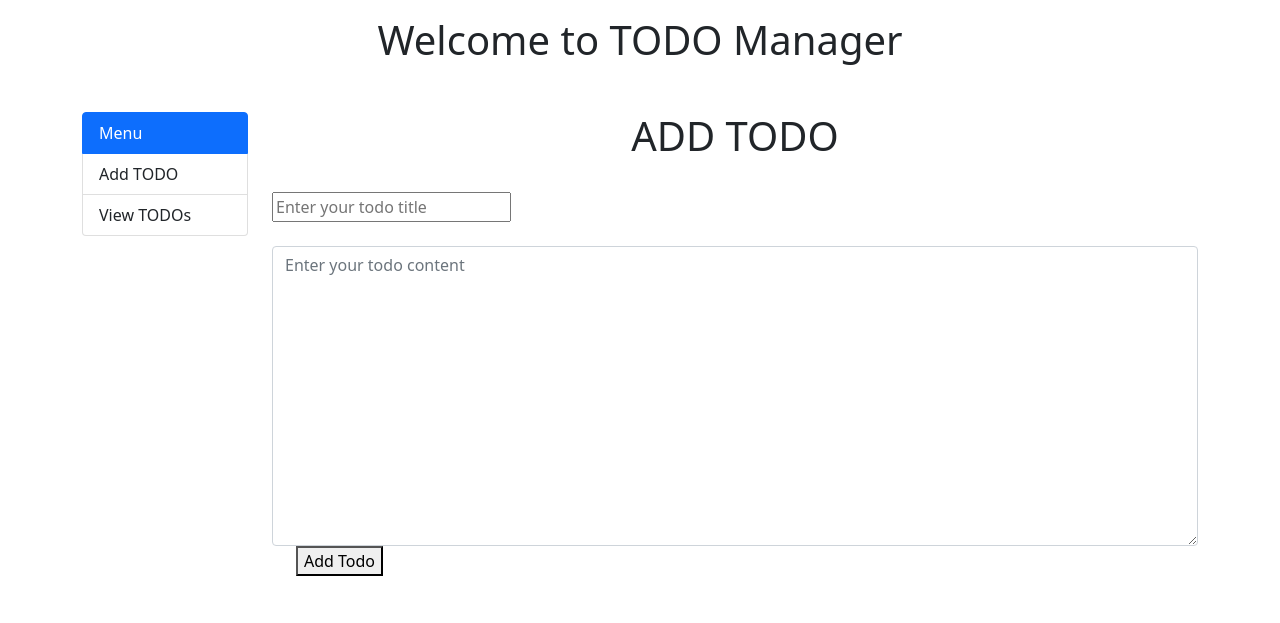
Repository: Tanmoy4672/Hibernate
Page: http://localhost/SpringMVCProject/add
The author's editor kept a copy of each file at every save. The page is drawn from the files as they stood at one save, then again after the next save.
The browser window is 1280 px wide. The pictures show the whole page.
The page is served by Tomcat 9. Other server files are loaded and not shown.

Above is the page before, as saved 2021-12-20 00:14:15.

### SpringMVCProject/src/main/webapp/WEB-INF/pages/home.jsp
<%@ page language="java" contentType="text/html; charset=ISO-8859-1"
	pageEncoding="ISO-8859-1"%>

<%@ taglib prefix="form" uri="http://www.springframework.org/tags/form"%>
<%@ taglib uri="http://java.sun.com/jsp/jstl/core" prefix="c"%>
<%@page isELIgnored="false"%>
<!doctype html>
<html lang="en">
<head>
<!-- Required meta tags -->
<meta charset="utf-8">
<meta name="viewport" content="width=device-width, initial-scale=1">

<!-- Bootstrap CSS -->
<link
	href="https://cdn.jsdelivr.net/npm/bootstrap@5.0.2/dist/css/bootstrap.min.css"
	rel="stylesheet"
	integrity="sha384-EVSTQN3/azprG1Anm3QDgpJLIm9Nao0Yz1ztcQTwFspd3yD65VohhpuuCOmLASjC"
	crossorigin="anonymous">

<title><c:out value="${page }"></c:out></title>
</head>
<body>
	<div class="container mt-3">
		<h1 class="text-center">Welcome to TODO Manager</h1>
		<div class="row mt-5">

			<div class="col-md-2">
				<div class="list-group">
					<button type="button"
						class="list-group-item list-group-item-action active"
						aria-current="true">Menu</button>
					<a href="<c:url value='/add'></c:url>"
						class="list-group-item list-group-item-action">Add TODO</a> <a
						href="<c:url value='/home'></c:url>"
						class="list-group-item list-group-item-action">View TODOs</a>
				</div>
			</div>
			<div class="col-md-10">
				<c:if test="${page=='home' }">
					<h1 class="text-center">All TODOS</h1>
				</c:if>
				<c:if test="${page=='add' }">
					<h1 class="text-center">ADD TODO</h1>
					<br>
					<form:form action="/saveTodo" method="POST" modelAttribute="todo">
						<div class="form-group">
							<form:input path="todoTitle" cssClass="from-control"
								placeholder="Enter your todo title" />
						</div>
						<br>
						<div class="form-group">
							<form:textarea path="todoContent" cssClass="form-control"
								cssStyle="height:300px;" placeholder="Enter your todo content" />
						</div>

						<div class="container">
							<button>Add Todo</button>
						</div>
					</form:form>
				</c:if>


			</div>
		</div>
	</div>


















	<!-- Optional JavaScript; choose one of the two! -->

	<!-- Option 1: Bootstrap Bundle with Popper -->
	<script
		src="https://cdn.jsdelivr.net/npm/bootstrap@5.0.2/dist/js/bootstrap.bundle.min.js"
		integrity="sha384-MrcW6ZMFYlzcLA8Nl+NtUVF0sA7MsXsP1UyJoMp4YLEuNSfAP+JcXn/tWtIaxVXM"
		crossorigin="anonymous"></script>

	<!-- Option 2: Separate Popper and Bootstrap JS -->

	<script
		src="https://cdn.jsdelivr.net/npm/@popperjs/core@2.9.2/dist/umd/popper.min.js"
		integrity="sha384-IQsoLXl5PILFhosVNubq5LC7Qb9DXgDA9i+tQ8Zj3iwWAwPtgFTxbJ8NT4GN1R8p"
		crossorigin="anonymous"></script>
	<script
		src="https://cdn.jsdelivr.net/npm/bootstrap@5.0.2/dist/js/bootstrap.min.js"
		integrity="sha384-cVKIPhGWiC2Al4u+LWgxfKTRIcfu0JTxR+EQDz/bgldoEyl4H0zUF0QKbrJ0EcQF"
		crossorigin="anonymous"></script>

</body>
</html>

### SpringMVCProject/src/main/java/com/entities/Todo.java
package com.entities;

import java.util.Date;

public class Todo {

	private String todoTitle;
	private String todoContent;
	private Date todoDate;


	public Todo(String todoTitle, String todoContent, Date todoDate) {
		super();
		this.todoTitle = todoTitle;
		this.todoContent = todoContent;
		this.todoDate = todoDate;
	}




	public Todo() {
		super();
		// TODO Auto-generated constructor stub
	}




	public String getTodoTitle() {
		return todoTitle;
	}


	public void setTodoTitle(String todoTitle) {
		this.todoTitle = todoTitle;
	}


	public String getTodoContent() {
		return todoContent;
	}


	public void setTodoContent(String todoContent) {
		this.todoContent = todoContent;
	}


	public Date getTodoDate() {
		return todoDate;
	}


	public void setTodoDate(Date todoDate) {
		this.todoDate = todoDate;
	}


	@Override
	public String toString() {
		// TODO Auto-generated method stub
		return this.getTodoTitle()+":"+this.todoContent;
	}


}

After the next save:
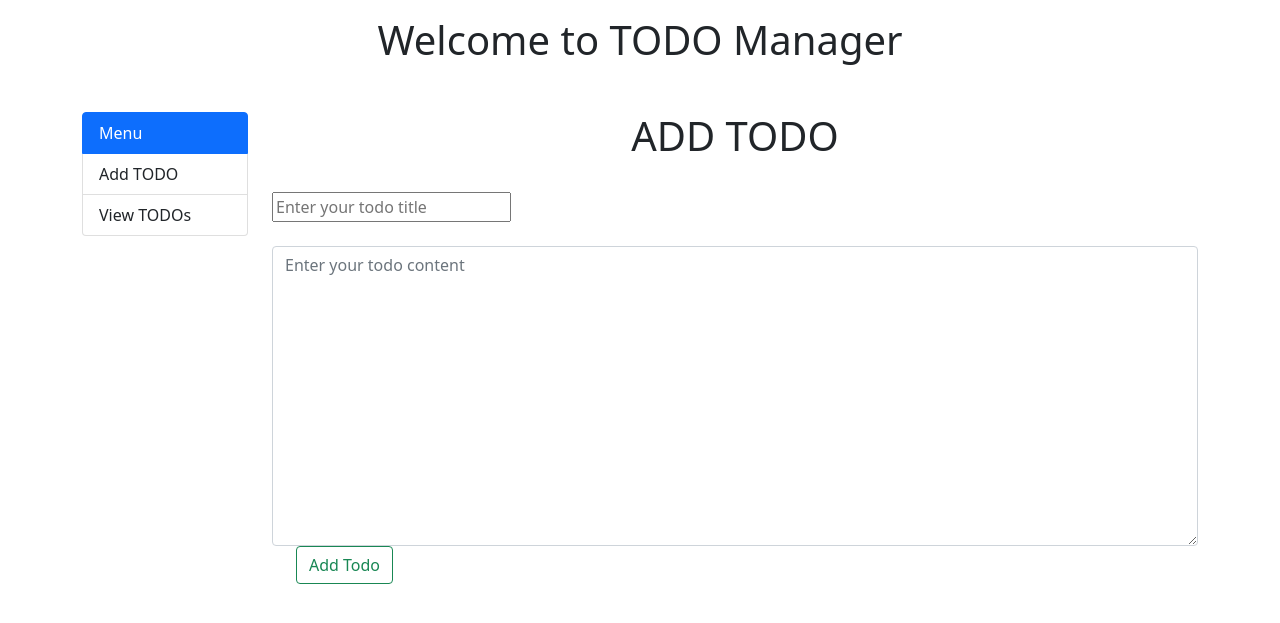
Saved 61 s later.
--- a/SpringMVCProject/src/main/webapp/WEB-INF/pages/home.jsp
+++ b/SpringMVCProject/src/main/webapp/WEB-INF/pages/home.jsp
@@ -55,7 +55,7 @@
 						</div>
 
 						<div class="container">
-							<button>Add Todo</button>
+							<button class="btn btn-outline-success">Add Todo</button>
 						</div>
 					</form:form>
 				</c:if>
